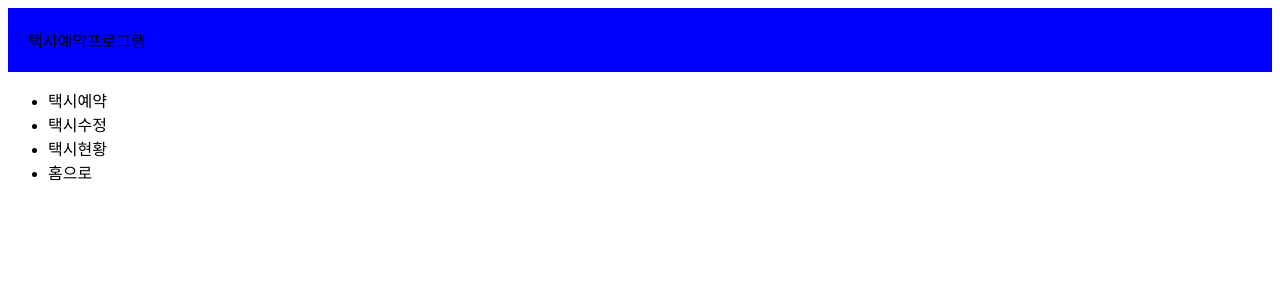
Repository: khs220507/WebClass
Page: http://localhost/prj0828/
An editor plug-in stored every save of this project. The page is shown before and after the next save, followed by the edit.
The browser window is 1280 px wide. The pictures show the whole page.
The page is served by Tomcat 9. Other server files are loaded and not shown.

Above is the page before, as saved 2023-08-28 02:47:17.

### prj0828/src/main/webapp/index.jsp
<%@ page language="java" contentType="text/html; charset=UTF-8"
    pageEncoding="UTF-8"%>
<!DOCTYPE html>
<html>
<head>
<meta charset="UTF-8">
<title>Insert title here</title>
<link href="./css/index.css" rel="stylesheet"/>
</head>
<body>

<header>
택시예약프로그램
</header>

<nav>
<ul>
<li>택시예약</li>
<li>택시수정</li>
<li>택시현황</li>
<li>홈으로</li>
</ul>
</nav>

<section>
</section>

<footer>
</footer>

</body>
</html>

### prj0828/src/main/webapp/css/index.css
@charset "UTF-8";

header{
	padding : 20px;
	background-color: blue;
}

After the next save:
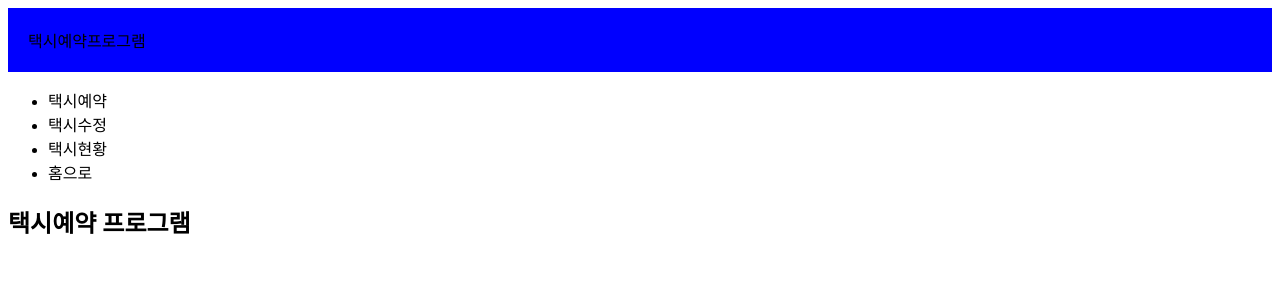
Saved 2 min 53 s later.
--- a/prj0828/src/main/webapp/index.jsp
+++ b/prj0828/src/main/webapp/index.jsp
@@ -23,6 +23,7 @@
 </nav>
 
 <section>
+<h2>택시예약 프로그램</h2>
 </section>
 
 <footer>
